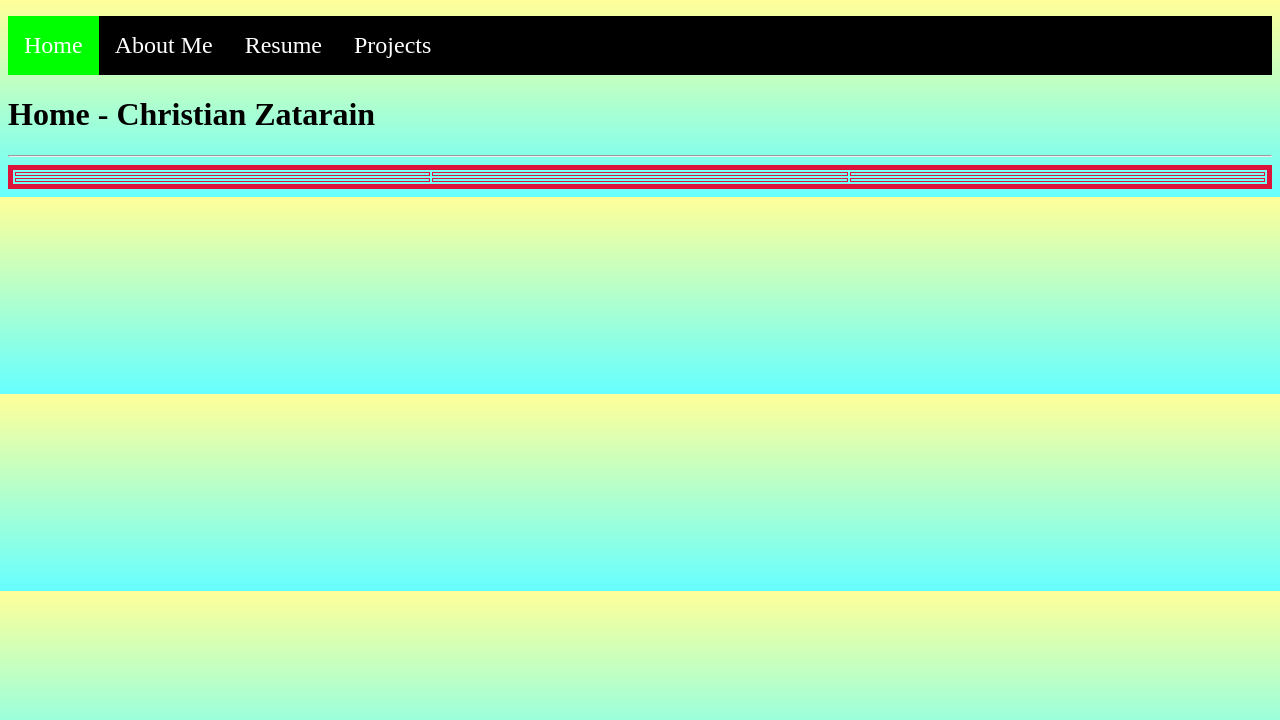
Repository: Zatarain10/Zatarain10.github.io
Page: index.html
The author's editor kept a record of every edit. The page is drawn from the files as they stood at one moment, then again after the next edit.
The browser window is 1280 px wide. The pictures show the whole page.

Above is the page before.

### index.html
<!DOCTYPE html>
<html>
    <head>
    <title>Home</title>
    <link rel="stylesheet" type="text/css" href="style.css">

    </head>
    <body>
        <ul class="navbar">
            <li class="active"><a href="/index.html">Home</a></li>
            <li><a href="aboutme.html">About Me</a></li>
            <li><a href="resume.html">Resume</a></li>
            <li class="dropdown">
                <div>Projects</div>
                <ul class="dropdown-content">
                    <li><a href="project1.html">Project 1</a></li>
                    <li><a href="project2.html">Project 2</a></li>
                    <li><a href="project3.html">Project 3</a></li>
                </ul>
            </li>
        </ul>

        <h1>Home - Christian Zatarain</h1>
        <hr class="hr">

        <table border="5"; bordercolor="crimson"; width="100%">
            <tr>
                <td></th>
                <td></th>
                <td></td>
            </tr>
            <tr>
                <td></td>
                <td></td>
                <td></td>
            </tr>

        </table>

    </body>
</html>

### style.css
        .navbar{
            list-style:none;
            background-color: Black;
            overflow:hidden;
            padding:0;
        }

        .navbar a, .dropdown div{
            text-decoration:none;
            color: white;
            font-size: 24px;
            padding: 16px;
            display:inline-block;
        }

        .navbar li{
            float:left;
        }

        .navbar li:hover{
            background-color:Cyan;
        }

        .dropdown-content{
            list-style:none;
            padding: 0;
            display:none;
            position:absolute;
            z-index:1;
            background-color: Black;
        }

        .dropdown-content li{
            float:none;
        }

        .dropdown:hover .dropdown-content{
            display:block;
        }

        .active{
            background-color:Lime;
        }

        body{
            background: linear-gradient(to top,#66ffff 0%, #ffff99 100%) ;
        }

After the next edit:
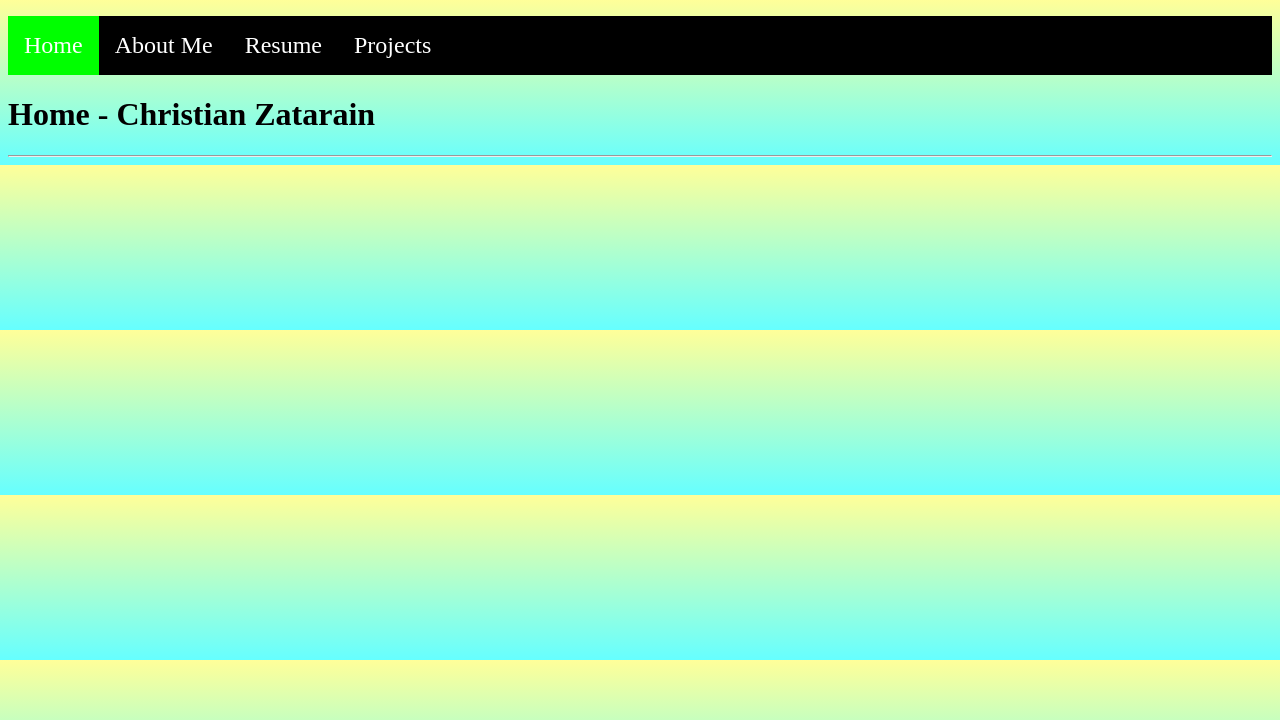
The edit:
--- a/index.html
+++ b/index.html
@@ -23,17 +23,7 @@
         <h1>Home - Christian Zatarain</h1>
         <hr class="hr">
 
-        <table border="5"; bordercolor="crimson"; width="100%">
-            <tr>
-                <td></th>
-                <td></th>
-                <td></td>
-            </tr>
-            <tr>
-                <td></td>
-                <td></td>
-                <td></td>
-            </tr>
+
 
         </table>
 

After the 2 edits that followed:
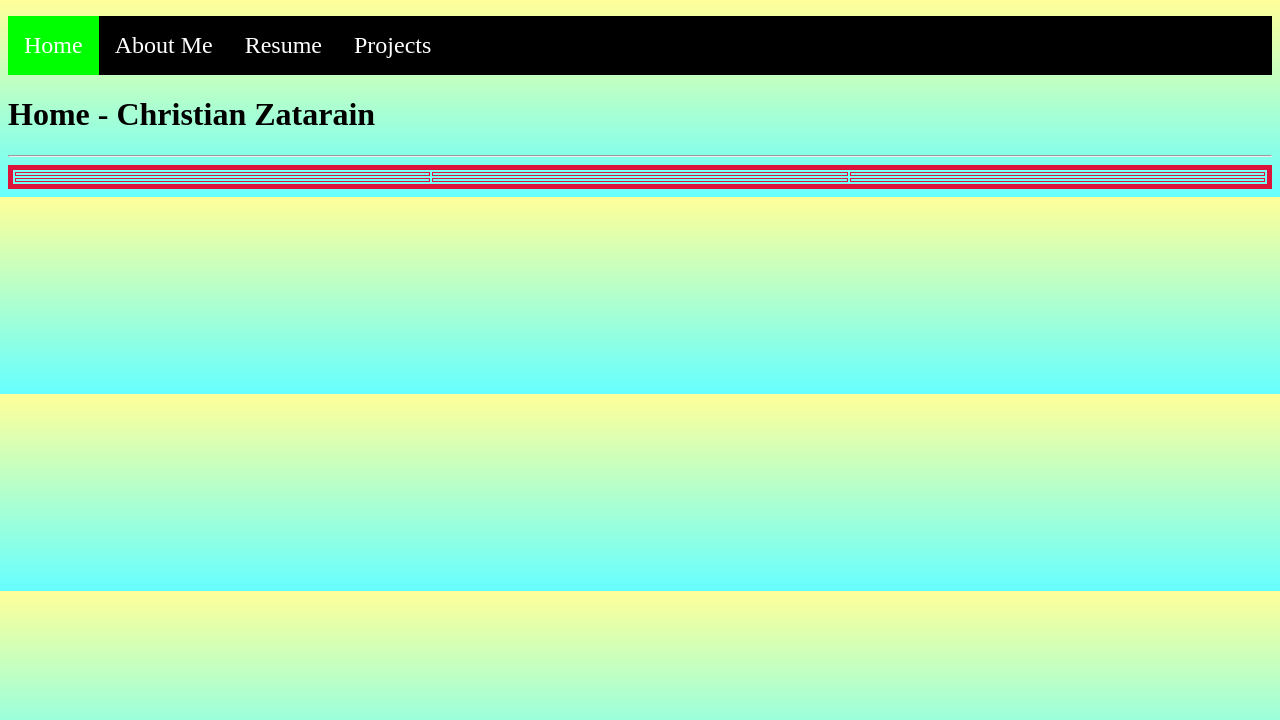
The 2 edits are shown as one change because 1 left the picture as it was.
The edit:
--- a/index.html
+++ b/index.html
@@ -21,9 +21,19 @@
         </ul>
 
         <h1>Home - Christian Zatarain</h1>
-        <hr class="hr">
+        <hr>
 
-
+        <table border="5"; bordercolor="crimson"; width="100%">
+            <tr>
+                <td></th>
+                <td></th>
+                <td></td>
+            </tr>
+            <tr>
+                <td></td>
+                <td></td>
+                <td></td>
+            </tr>
 
         </table>
 
